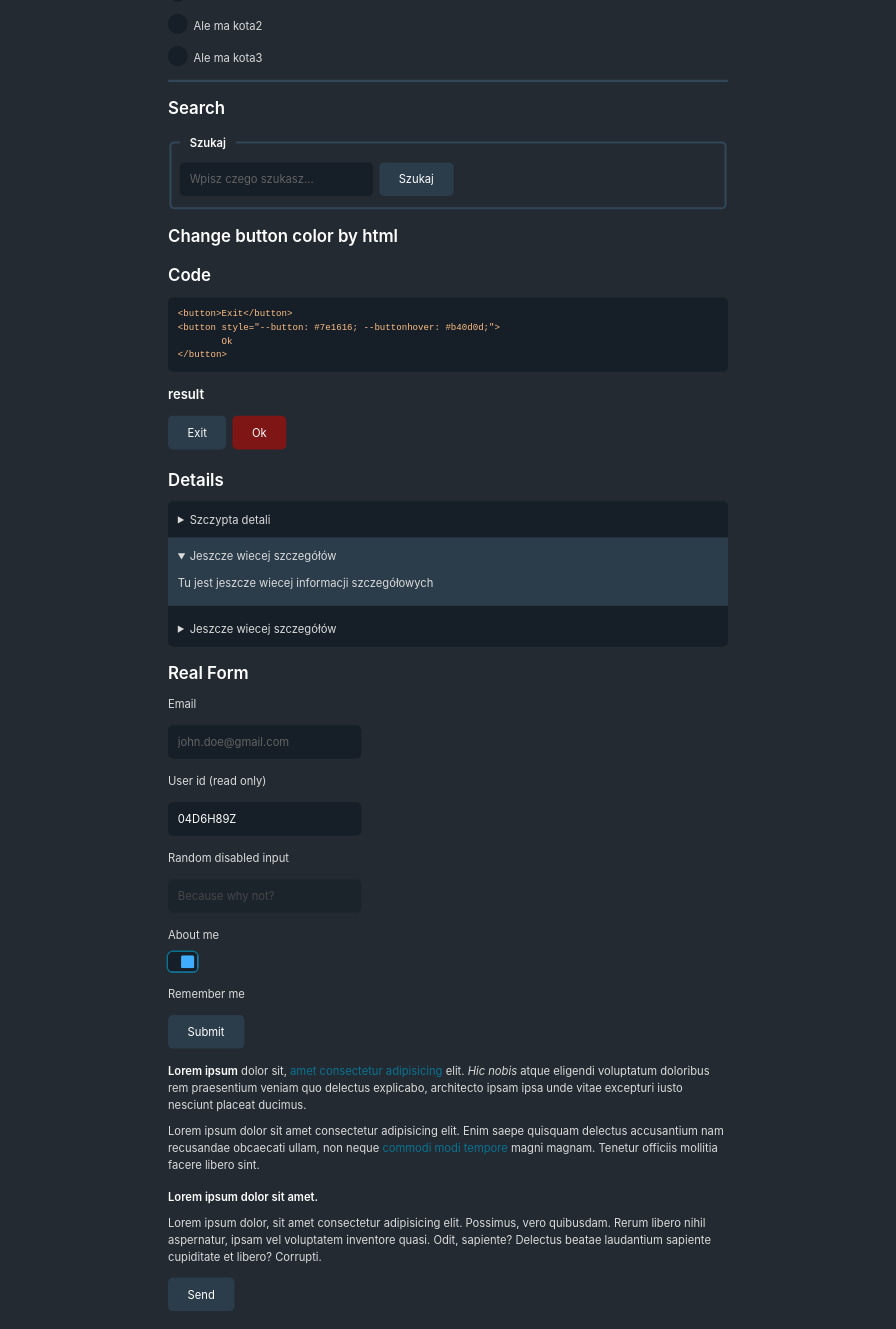
Repository: KozakBartosz/Draft
Page: index.html
An editor plug-in stored every save of this project. The page is shown before and after the next save, followed by the edit.
The browser window is 1280 px wide. The pictures show the part of the page from y = 2810 to 4730 px (the page is 4709 px tall before and 4730 px after), at 70% of full size.

Above is the page before, as saved 2019-04-12 09:10:46.

### index.html
<!DOCTYPE html>
<html lang="en">
	<head>
		<meta charset="UTF-8" />
		<meta name="viewport" content="width=device-width, initial-scale=1.0" />
		<meta http-equiv="X-UA-Compatible" content="ie=edge" />
		<title>Draft.css</title>
		<link rel="stylesheet" href="draft.css" />
	</head>
	<body>
		<h1><input type="checkbox" checked="checked" /> Draft.css</h1>
		<div style="float: right">
			Thema:
			<select name="" id="changethema">
				<option value="0">Defult</option>
				<option value="1">Defult mini</option>
				<option value="2">Light</option>
				<option value="3">Blood</option>
				<option value="4">Matrix</option>
			</select>
		</div>
		<h1>The most simple css framwork</h1>
		<h2>What is draft.css</h2>
		<p>
			Framwork is targeted at quickly creating prototypes of forms and
			simple template. Designed to written html code looked beautiful and
			did not require any class and non-standard elements.
		</p>
		<h2>How use</h2>
		<p>All you have to do is add this code to the head section:</p>

		<pre><code>&lt;link rel="stylesheet" href="https://kozakbartosz.pl/draft/def.css" /&gt;</code></pre>

		<h1>Examples:</h1>

		<h3>Code:</h3>

		<pre><code>&lt;label&gt;<br />&nbsp; &nbsp; Normal text: &lt;input type="text" placeholder="placeholder..." /&gt;<br />&lt;/label&gt;<br />&lt;label&gt;<br />&nbsp; &nbsp; Inpit number: &lt;input type="number" value="1"/&gt;<br />&lt;/label&gt;<br />Data:<br />&lt;p&gt;<br />&nbsp; &nbsp; &lt;input type="date" /&gt;<br />&nbsp; &nbsp; &lt;input type="time" /&gt;<br />&lt;/p&gt;<br />Commodi:<br />&lt;label&gt;<br />&nbsp; &nbsp; &lt;input type="checkbox" /&gt; facilis non?<br />&lt;/label&gt;</code></pre>
		<h3>Result:</h3>
		<label>
			Normal text
			<input type="text" placeholder="placeholder..." />
		</label>
		<label>
			Inpit number
			<input type="number" value="1" />
		</label>
		Data:
		<p>
			<input type="date" />
			<input type="time" />
		</p>
		Commodi:
		<label> <input type="checkbox" /> facilis non? </label>

		<hr />

		<h3>Code:</h3>
		<pre><code>// This logs a message to the console<br />console.log('Hello,world!')</code></pre>

		<h2>Forms</h2>

		<ul>
			<li>Lorem, ipsum dolor.</li>
			<li>Commodi, aut ipsa.</li>
			<li>Dignissimos, quibusdam nobis?</li>
			<li>Quae, in praesentium.</li>
			<li>Aut, facilis non?</li>
		</ul>
		<ol>
			<li>Lorem, ipsum dolor.</li>
			<li>Commodi, aut ipsa.</li>
			<li>Dignissimos, quibusdam nobis?</li>
			<li>Quae, in praesentium.</li>
			<li>Aut, facilis non?</li>
		</ol>
		<textarea
			name="about"
			id="about"
			placeholder="I am a textarea..."
			rows="6"
		></textarea>
		<h2>Lorem ipsum dolor sit amet.</h2>
		<label>
			Normal text
			<input type="text" />
		</label>
		<label>
			Inpit number <input type="number" / value="1">
		</label>
		Data:
		<p>
			<input type="date" />
			<input type="time" />
		</p>
		<label>
			Nazwa:
			<select name="" id="">
				<option value="">Wybierz</option>
				<option value="">jeden</option>
				<option value="">dwa</option>
				<option value="">trzy</option>
			</select>
		</label>

		<table>
			<tr>
				<th>lorem</th>
				<th>lorem</th>
				<th>lorem</th>
			</tr>
			<tr>
				<td>lorem</td>
				<td>lorem</td>
				<td>lorem</td>
			</tr>
			<tr>
				<td>lorem</td>
				<td>lorem</td>
				<td>lorem</td>
			</tr>
		</table>

		<h3>Checkbox</h3>
		<label> <input type="checkbox" /> Ale ma kota </label>

		<label> <input type="checkbox" /> Ale ma kota2 </label>

		<label> <input type="checkbox" /> Ale ma kota3 </label>

		<h3>Radio</h3>
		<label> <input type="radio" name="radio" /> Ale ma kota </label>
		<label> <input type="radio" name="radio" /> Ale ma kota2 </label>
		<label> <input type="radio" name="radio" /> Ale ma kota3 </label>

		<hr />

		<h2>Search</h2>

		<fieldset class="search">
			<legend>Szukaj</legend>
			<form action="produkty,szukaj" method="get">
				<input
					type="text"
					name="q"
					placeholder="Wpisz czego szukasz..."
				/>
				<button>Szukaj</button>
			</form>
		</fieldset>

		<h2>Change button color by html</h2>

		<h2>Code</h2>
		<pre><code>&lt;button&gt;Exit&lt;/button&gt;<br>&lt;button style="--button: #7e1616; --buttonhover: #b40d0d;"&gt;
	Ok<br>&lt;/button&gt;</code></pre>

		<h3>result</h3>
		<button>Exit</button>
		<button style="--button: #7e1616; --buttonhover: #b40d0d;">
			Ok
		</button>

		<h2>Details</h2>

		<details>
			<summary>Szczypta detali</summary>
			<p>Informacje szczegółowe na dany temat.</p>
		</details>

		<details open>
			<summary>Jeszcze wiecej szczegółów</summary>
			<p>Tu jest jeszcze wiecej informacji szczegółowych</p>
		</details>

		<details>
			<summary>Jeszcze wiecej szczegółów</summary>
			<p>
				Lorem ipsum dolor sit amet consectetur adipisicing elit. Minima
				fugiat explicabo assumenda ducimus nobis aliquid esse, ad ab
				sapiente officiis repellat et, nisi atque itaque autem ut
				architecto tempore consequatur.
			</p>
		</details>

		<h2>Real Form</h2>

		<form>
			<label for="email">Email</label>
			<input
				type="email"
				name="email"
				id="email"
				placeholder="john.doe@gmail.com"
			/>

			<label for="id">User id (read only)</label>
			<input readonly="" name="id" id="id" value="04D6H89Z" />

			<label for="disabled">Random disabled input</label>
			<input
				disabled=""
				name="disabled"
				id="disabled"
				placeholder="Because why not?"
			/>

			<label for="about">About me</label>

			<input type="checkbox" name="remember" id="remember" checked="" />
			<label for="remember">Remember me</label>

			<input type="submit" />
		</form>

		<p>
			<strong>Lorem ipsum</strong> dolor sit,
			<a href="">amet consectetur adipisicing</a> elit.
			<i>Hic nobis</i> atque eligendi voluptatum doloribus rem praesentium
			veniam quo delectus explicabo, architecto ipsam ipsa unde vitae
			excepturi iusto nesciunt placeat ducimus.
		</p>
		<p>
			Lorem ipsum dolor sit amet consectetur adipisicing elit. Enim saepe
			quisquam delectus accusantium nam recusandae obcaecati ullam, non
			neque <a href="">commodi modi tempore </a>magni magnam. Tenetur
			officiis mollitia facere libero sint.
		</p>
		<h4>Lorem ipsum dolor sit amet.</h4>
		<p>
			Lorem ipsum dolor, sit amet consectetur adipisicing elit. Possimus,
			vero quibusdam. Rerum libero nihil aspernatur, ipsam vel voluptatem
			inventore quasi. Odit, sapiente? Delectus beatae laudantium sapiente
			cupiditate et libero? Corrupti.
		</p>

		<button>Send</button>
		<script>
			var themes = [
				[
					{ brand: "#41adff" },
					{ mainbg: "#232a31" },
					{ mainpaddng: "14px" },
					{ radius: "7px" },

					{ low: "#161f27" },
					{ like: "#2b3c4b" },
					{ midi: "#324759" },
					{ hight: "#0b7392" },

					{ text: "#dbdbdb" },
					{ textContrast: "#fff" },

					{ code: "#ffbe85" },

					{ button: "#2b3c4a" },
					{ buttonhover: "#334a5e" },
					{ buttontext: "#fff" },

					{ fillhover: "#1b2731" }
				],
				[
					{ brand: "#41adff" },
					{ mainbg: "#232a31" },
					{ mainpaddng: "12px" },
					{ radius: "12px" },

					{ low: "#161f27" },
					{ like: "#2b3c4b" },
					{ midi: "#324759" },
					{ hight: "#0b7392" },

					{ text: "#dbdbdb" },
					{ textContrast: "#fff" },

					{ code: "#ffbe85" },

					{ button: "#2b3c4a" },
					{ buttonhover: "#334a5e" },
					{ buttontext: "#fff" },

					{ fillhover: "#1b2731" }
				],
				[
					{ brand: "#41adff" },
					{ mainbg: "#ffffff" },
					{ mainpaddng: "14px" },
					{ radius: "7px" },

					{ low: "#e8f1fa" },
					{ like: "#cfe2f7" },
					{ midi: "#b2cee7" },
					{ hight: "#1db5e4" },

					{ text: "#3f4646" },
					{ textContrast: "#1a1f1f" },

					{ code: "#20595f" },

					{ button: "#3dcca1" },
					{ buttonhover: "#34e0ad" },
					{ buttontext: "#fff" },

					{ fillhover: "#e8f5ff" }
				],
				[
					{ mainpaddng: "18px" },
					{ radius: "3px" },
					{ brand: "#c21a1a" },
					{ mainbg: "#312323" },

					{ code: "#ffbe85" },

					{ text: "#dbdbdb" },
					{ textContrast: "#fff" },

					{ button: "#4a2b2b" },
					{ buttonhover: "#5e3333" },
					{ buttontext: "#fff" },

					{ fillhover: "#311b1b" },

					{ low: "#271616" },
					{ like: "#4b2b2b" },
					{ midi: "#593232" },
					{ hight: "#800f0f" }
				],
				[
					{ mainpaddng: "11px" },
					{ radius: "13px" },
					{ brand: "#1ac260" },
					{ mainbg: "#233126" },

					{ code: "#c0ff85" },

					{ text: "#dbdbdb" },
					{ textContrast: "#fff" },

					{ button: "#324a2b" },
					{ buttonhover: "#385e33" },
					{ buttontext: "#fff" },

					{ fillhover: "#1b3122" },

					{ low: "#162717" },
					{ like: "#2b4b2e" },
					{ midi: "#32593f" },
					{ hight: "#0f803a" }
				]
			];

			let changethema = document.getElementById("changethema");
			let root = document.documentElement;
			changethema.addEventListener("change", e => {
				console.log(e);
				var theme = themes[e.target.value];
				theme.forEach(element => {
					var k = Object.keys(element)[0];
					root.style.setProperty("--" + k, element[k]);
				});
			});
		</script>
	</body>
</html>

### draft.css
/* TO DO */
/* <details> */
:root {
	--brand: #41adff;
	--mainbg: #232a31;
	--mainpaddng: 14px;
	--radius: 7px;

	--low: #161f27;
	--like: #2b3c4b;
	--midi: #324759;
	--hight: #0b7392;

	--text: #dbdbdb;
	--textContrast: #fff;

	--code: #ffbe85;

	--button: #2b3c4a;
	--buttonhover: #334a5e;
	--buttontext: #fff;

	--fillhover: #1b2731;
}
/*
:root {
	--brand: #41adff;
	--mainbg: #ffffff;
	--mainpaddng: 14px;
	--radius: 7px;

	--low: #e8f1fa;
	--like: #cfe2f7;
	--midi: #b2cee7;
	--hight: #1db5e4;

	--text: #3f4646;
	--textContrast: #1a1f1f;

	--code: #20595f;

	--button: #3dcca1;
	--buttonhover: #34e0ad;
	--buttontext: #fff;

	--fillhover: #e8f5ff;
} */

/* :root {
	--mainpaddng: 18px;
	--radius: 3px;
	--brand: #c21a1a;
	--mainbg: #312323;

	--code: #ffbe85;

	--text: #dbdbdb;
	--textContrast: #fff;

	--button: #4a2b2b;
	--buttonhover: #5e3333;
	--buttontext: #fff;

	--fillhover: #311b1b;

	--low: #271616;
	--like: #4b2b2b;
	--midi: #593232;
	--hight: #800f0f;
} */

/* :root {
	--mainpaddng: 11px;
	--radius: 13px;
	--brand: #1ac260;
	--mainbg: #233126;

	--code: #c0ff85;

	--text: #dbdbdb;
	--textContrast: #fff;

	--button: #324a2b;
	--buttonhover: #385e33;
	--buttontext: #fff;

	--fillhover: #1b3122;

	--low: #162717;
	--like: #2b4b2e;
	--midi: #32593f;
	--hight: #0f803a;
} */
body {
	font-family: -apple-system, BlinkMacSystemFont, "Segoe UI", "Roboto",
		"Oxygen", "Ubuntu", "Cantarell", "Fira Sans", "Droid Sans",
		"Helvetica Neue", sans-serif;
	line-height: 1.5;
	max-width: 800px;
	margin: 20px auto;
	padding: 0 var(--mainpaddng);
	color: var(--text);
	background: var(--mainbg);
	text-rendering: optimizeLegibility;
}

label {
	display: block;
}
a,
a:active,
button,
button:active,
input,
input:active,
textarea,
details,
summary,
th,
td {
	outline: none;
	box-shadow: none;
	transition: background-color 0.2s ease, box-shadow 0.2s ease,
		transform 0.2s ease;
}
h1 {
	font-size: 2.2em;
	margin-top: 0;
}
h1,
h2,
h3,
h4,
h5,
h6 {
	margin-bottom: 12px;
}
h1,
h2,
h3,
h4,
h5,
h6,
strong {
	color: var(--textContrast);
	font-weight: 600;
}
button,
input[type="submit"],
input[type="button"],
input[type="checkbox"],
input[type="radio"] {
	cursor: pointer;
	display: inline-block;
}

input,
select,
button,
textarea {
	/* display: block; */
	color: var(--textContrast);
	background-color: var(--low);
	font-family: inherit;
	font-size: inherit;
	margin: 4px 4px 6px 0;
	padding: var(--mainpaddng);
	border: none;
	border-radius: var(--radius);
	outline: none;
	-webkit-appearance: none;
	vertical-align: middle;
}
input[type="number"] {
	max-width: calc(var(--mainpaddng) * 5);
}

button:hover,
input:hover,
select:hover,
textarea:hover,
textarea:hover {
	background-color: var(--fillhover);
}

label > input,
label > select {
	display: block;
}

textarea {
	margin-right: 0;
	width: 100%;
	box-sizing: border-box;
	resize: vertical;
}
button,
input[type="submit"],
input[type="button"] {
	color: var(--buttontext);
	background-color: var(--button);
	padding: var(--mainpaddng) calc(var(--mainpaddng) * 2);
}

select {
	padding-right: calc(var(--mainpaddng) * 3);
	background: var(--low)
		url("data:[embedded picture, 198 characters]")
		100% 50%/27px 7px no-repeat;
}

input:focus,
select:focus,
button:focus,
textarea:focus {
	background-color: var(--fillhover);
	box-shadow: 0 0 0 2px var(--hight);
}

button:focus,
input[type="submit"]:focus,
input[type="button"]:focus {
	background-color: var(--buttonhover);
}

button:hover,
input[type="submit"]:hover,
input[type="button"]:hover {
	background-color: var(--buttonhover);
	box-shadow: 0 5px 20px -5px rgba(0, 0, 0, 0.35), 0 3px 0 0 var(--button);
	transform: translateY(-3px);
}
button:active {
	transform: translateY(0px);
	box-shadow: 0 5px 20px -5px rgba(0, 0, 0, 0.35);
}

input:disabled {
	cursor: not-allowed;
	opacity: 0.5;
}

input[type="radio"],
input[type="checkbox"] {
	margin-top: -2px;
	transition: background-color 0.25s ease,
		box-shadow 0.25s cubic-bezier(0.53, 1.59, 0.51, 1);
}
input[type="checkbox"] {
	background-color: var(--like);
	width: calc(var(--mainpaddng) * 3);
	box-shadow: calc(var(--mainpaddng) * -1) 0 0 calc(var(--mainpaddng) / 3)
			var(--low) inset,
		0 0 0 calc(var(--mainpaddng) / 3) var(--low) inset;
}
input[type="checkbox"]:hover,
input[type="radio"]:hover {
	background-color: var(--midi);
}
input[type="checkbox"]:focus {
	box-shadow: calc(var(--mainpaddng) * -1) 0 0 calc(var(--mainpaddng) / 3)
			var(--low) inset,
		0 0 0 calc(var(--mainpaddng) / 3) var(--low) inset,
		0 0 0 2px var(--hight);
}

input[type="radio"] {
	border-radius: 100%;
	box-shadow: 0 0 0 calc(var(--mainpaddng) / 2) var(--low) inset;
}
input[type="checkbox"]:checked,
input[type="radio"]:checked {
	box-shadow: 0 0 0 calc(var(--mainpaddng) / 3) var(--low) inset,
		0 0 0 2px var(--hight), 0 0 0 1px var(--low);
	background-color: var(--brand);
}

input[type="checkbox"]:checked {
	box-shadow: var(--mainpaddng) 0 0 calc(var(--mainpaddng) / 3) var(--low)
			inset,
		0 0 0 calc(var(--mainpaddng) / 3) var(--low) inset,
		0 0 0 2px var(--hight);
}

::placeholder {
	color: #636363;
}
a {
	text-decoration: none;
	color: var(--hight);
}
a:hover {
	text-decoration: underline;
	color: var(--brand);
}
ul,
ol,
label,
code,
p {
	margin: var(--mainpaddng) 0;
}

code,
kbd {
	background: var(--low);
	color: var(--code);
	padding: var(--mainpaddng);
	border-radius: var(--radius);
}
/* pre {
	margin: 0 calc(var(--mainpaddng) * -1);
} */
pre > code {
	display: block;
	overflow-x: auto;
}
img {
	max-width: 100%;
}
hr {
	margin: var(--mainpaddng) 0;
	border: none;
	height: 3px;
	border-radius: calc(var(--radius) / 6);
	background: var(--midi);
}
fieldset {
	border: 3px solid var(--midi);
	border-radius: var(--radius);
}
fieldset > legend {
	font-weight: 600;
	color: var(--textContrast);
	padding: calc(var(--mainpaddng) / 2) calc(var(--mainpaddng));
}

details {
	padding: var(--mainpaddng);
	border-radius: var(--radius);
	background: var(--low);
}
details + details {
	margin-top: calc(var(--radius) * -1);
	border-top: var(--radius) solid var(--low);
	border-radius: 0 0 var(--radius) var(--radius);
}
details[open],
details:hover:not([open]) {
	background: var(--like);
	z-index: 1;
}
details summary {
	cursor: pointer;
	margin: calc(var(--mainpaddng) * -1);
	padding: var(--mainpaddng);
}

table {
	/* border-collapse: collapse; */
	margin: var(--mainpaddng) -2px;
	border-radius: calc(var(--radius) + 4px);
	width: calc(100% + 4px);
	overflow: hidden;
	border-spacing: 2px;
}
td,
th {
	padding: var(--mainpaddng);
	background: var(--low);
}
th {
	color: var(--textContrast);
}
tr:hover td,
tr:hover th {
	background-color: var(--fillhover);
}

After the next save:
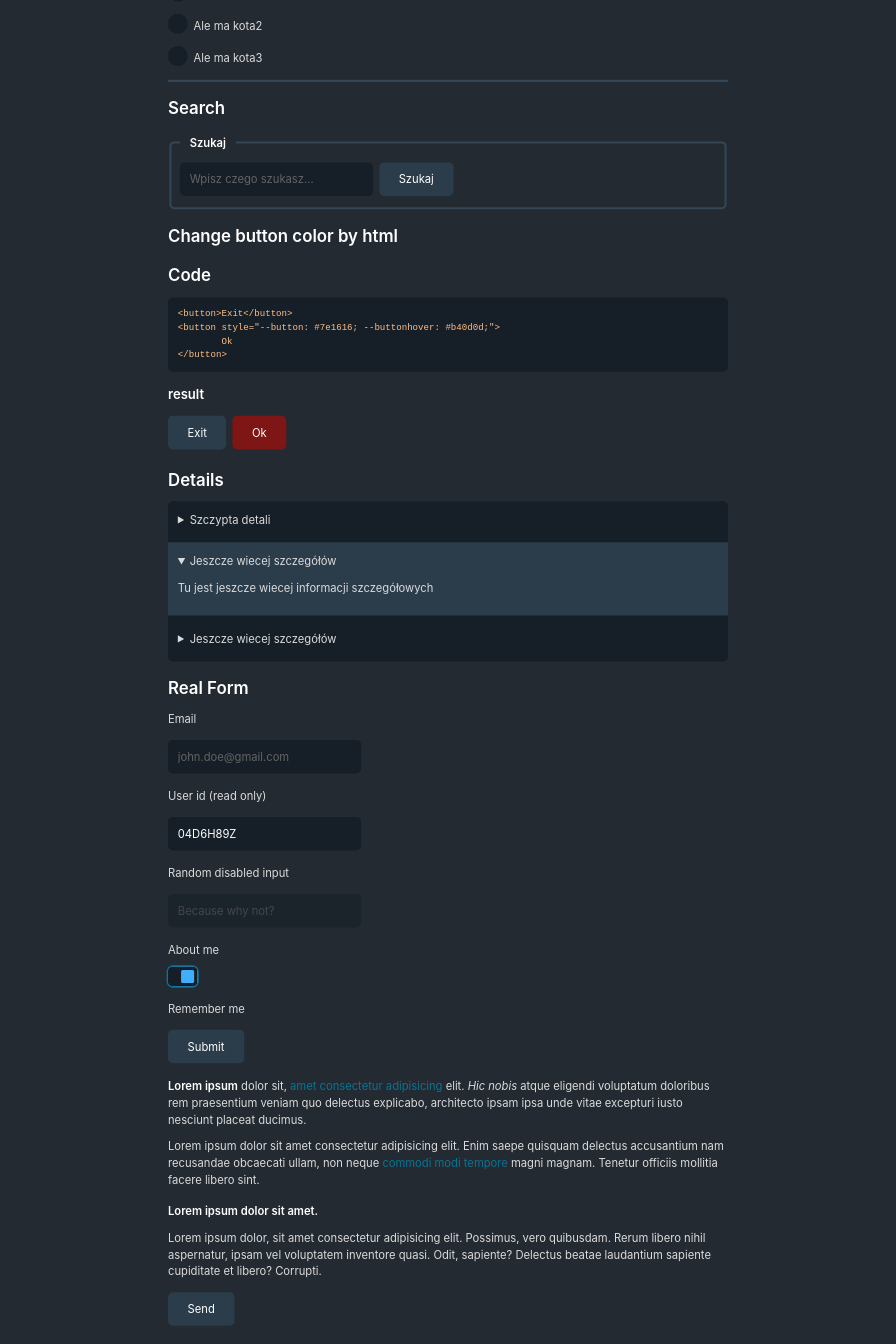
Saved 82 s later.
--- a/draft.css
+++ b/draft.css
@@ -338,6 +338,7 @@ fieldset > legend {
 details {
 	padding: var(--mainpaddng);
 	border-radius: var(--radius);
+	padding-bottom: calc(var(--mainpaddng) + var(--radius));
 	background: var(--low);
 }
 details + details {
@@ -345,6 +346,7 @@ details + details {
 	border-top: var(--radius) solid var(--low);
 	border-radius: 0 0 var(--radius) var(--radius);
 }
+
 details[open],
 details:hover:not([open]) {
 	background: var(--like);
